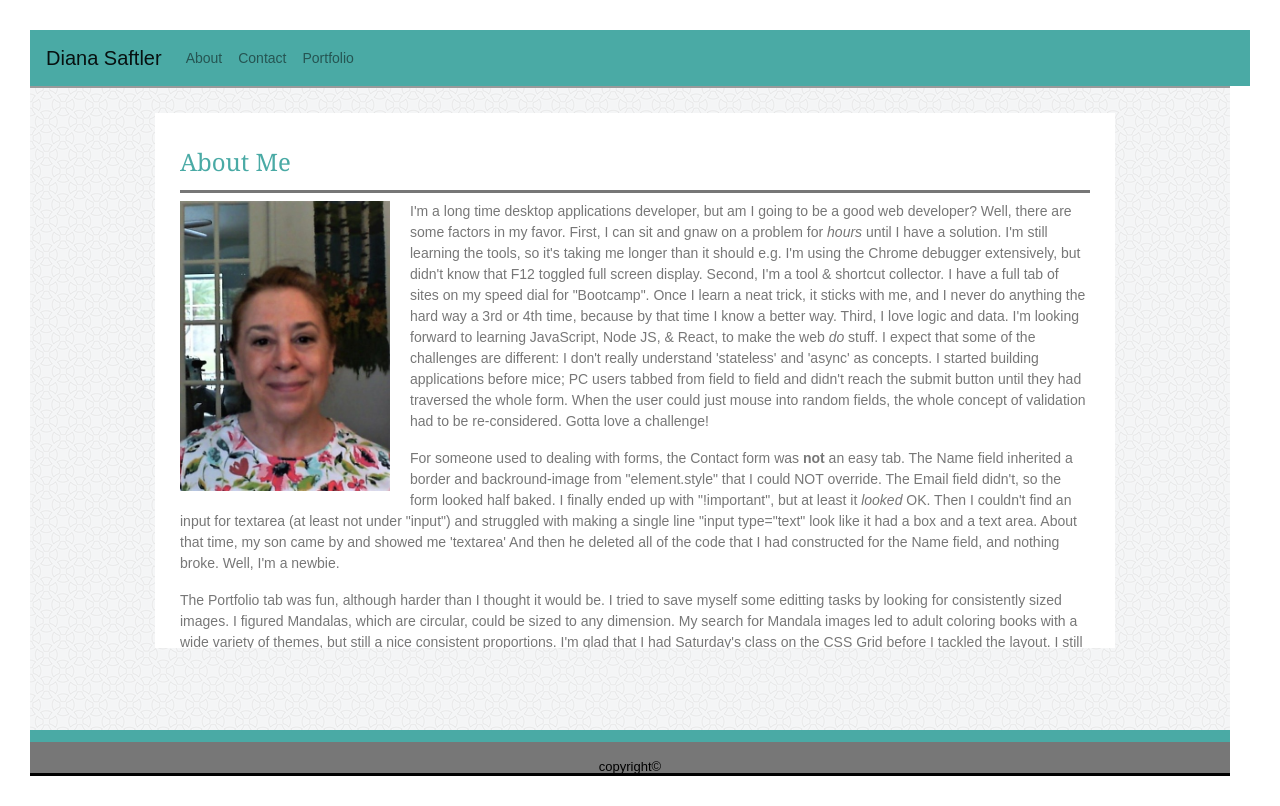
Repository: dsaftler/Bootstrap-Portfolio
Page: index.html
These files come from the project's save history. The page is drawn as it stood at one moment and after the next save; the edit follows.
The browser window is 1280 px wide. The pictures show the whole page.
An inner scrolling area shows only its first screen.

Above is the page before, as saved 2019-03-20 17:28:40.

### index.html
<!DOCTYPE html>
<html lang="en">
<head>
    <title>Diana Saftler Portfolio</title>
    <meta name="viewport" content="width=device-width, initial-scale=1, shrink-to-fit=no">
    <link rel="stylesheet" href="https://maxcdn.bootstrapcdn.com/bootstrap/4.0.0/css/bootstrap.min.css" integrity="sha384-Gn5384xqQ1aoWXA+058RXPxPg6fy4IWvTNh0E263XmFcJlSAwiGgFAW/dAiS6JXm" crossorigin="anonymous">
    <link rel="stylesheet" href="assets/css/style.css">
    <link rel="icon" href="assets/images/Peony.jpg" type="image/jpg" sizes="16x16">
    <meta charset="UTD-8">
</head>
<body>

  <nav class="navbar navbar-expand-lg navbar-light" style="background-color: #4aaaa5;">
    <a class="navbar-brand" href="#">Diana Saftler</a>
    <div class="collapse navbar-collapse" id="navbarNavAltMarkup">
      <div class="navbar-nav">
        <a class="nav-item nav-link"  href="index.html">About</a>
        <a class="nav-item nav-link" href="contact.html">Contact</a>
        <a class="nav-item nav-link" href="portfolio.html">Portfolio</a>
      </div>
    </div>
  </nav>



        <!-- <ul>
            <li><a href="index.html">About</a></li>
            <li><a href="contact.html">Contact</a></li>
            <li><a href="portfolio.html">Portfolio</a></li>
        </ul> -->

    <div class="bg-pattern">
        <div class="center-panel">
                <h2>About Me</h2>
            <img class="image_about" src="assets/images/photo.jpg" alt="in my office">
            <p>I'm a long time desktop applications developer, but am I going to be a good web developer?  Well, there are some factors in my favor.  First, I can sit and gnaw on a problem for <em>hours</em> until I have a solution.  I'm still learning the tools, so it's taking me longer than it should e.g. I'm using the Chrome debugger extensively, but didn't know that F12 toggled full screen display. Second, I'm a tool & shortcut collector.  I have a full tab of sites on my speed dial for "Bootcamp".  Once I learn a neat trick, it sticks with me, and I never do anything the hard way a 3rd or 4th time, because by that time I know a better way.  Third, I love logic and data.  I'm looking forward to learning JavaScript, Node JS, & React, to make the web <em>do</em> stuff.  I expect that some of the challenges are different: I don't really understand 'stateless' and 'async' as concepts.  I started building applications before mice;  PC users tabbed from field to field and didn't reach the submit button until they had traversed the whole form.  When the user could just mouse into random fields, the whole concept of validation had to be re-considered. Gotta love a challenge!
            </p>
            <p>For someone used to dealing with forms, the Contact form was <strong>not</strong> an easy tab. The Name field inherited a border and backround-image from "element.style" that I could NOT override. The Email field didn't, so the form looked half baked.  I finally ended up with "!important", but at least it <em>looked</em> OK.  Then I couldn't find an input for textarea (at least not under "input") and struggled with making a single line "input type="text" look like it had a box and a text area.  About that time, my son came by and showed me 'textarea'  And then he deleted all of the code that I had constructed for the Name field, and nothing broke. Well, I'm a newbie. </p>
            <p>The Portfolio tab was fun, although harder than I thought it would be.  I tried to save myself some editting tasks by looking for consistently sized images.  I figured Mandalas, which are circular, could be sized to any dimension.  My search for Mandala images led to adult coloring books with a wide variety of themes, but still a nice consistent proportions. I'm glad that I had Saturday's class on the CSS Grid before I tackled the layout.  I still had trouble getting the images to wrap left, but once I got that solved  with 2 images, it was easy to do them all without even needing rows.  I also added hover, 'tool tips', and links to the full sized images.  Print some out and spend some time with your crayolas!</p>


        </div>
    </div>
    <footer>copyright&copy</footer>
</body>
</html>

### Assets/CSS/style.css
* {
    box-sizing: border-box;
}

body {
    font-size: 14px;
    font-family: Arial, "Helvetica Neue", Helvetica, sans-serif;
    background-color: #ffffff;
    padding: 30px;
    color:  #777777;

}
header{
    left: 80px;
    background-color: #ffffff;
    height: 25px;
    width: 1200px;
}
footer {
    color: black;
    font-size: small;
    text-align: center;
    padding: 15px;
    clear: both;
    background-color: #777777;
    height: 40px;
    width: 1200px;
    border-style: solid;
    border-top-color: #4aaaa5;
    border-top-width: 6px;
    border-left-width: 0;
    border-right-width: 0;
}
p {
    padding: 0 0 10 0;
}

.bg-pattern {
    clear: both;
  /* margin-top: 40px; */
  padding: 50px;
  padding-top: 5px;
  /* background-color: #b1f3f3;  */
  height: 650px;
  width: 1200px;

  background-image: url("../images/circles-light.png");
  border-style: solid;
  border-top-color: #999a9b;
  border-top-width: 2px;
  border-left-width: 0;
  border-right-width: 0;
  border-bottom-color: #4aaaa5;
  border-bottom-width: 6px;

}

.center-panel {
    clear: both;
    display: inline-block;
    /* position: absolute; */
    top: 150px;
    right: 0;
    bottom: 0;
    left: 0;
    margin-left: 75px;
    margin-top: 20px;
    width: 960px;
    height: 535px;
    background-color: #ffffff;
    padding: 25px;
    overflow: auto;
    z-index: 1;

}

ul {
    list-style-type: none;
    margin: 0;
    padding: 0;
}

li a {
    display: block;
    width: 60 px;
}



ul {
    list-style-type: none;
    margin: 0;
    padding: 0;
    float: right;
    width: 175px;
}

li { display: inline-block; }

li a {
    color: #777777;
    text-decoration: none;
    padding: 5px;
}

li a:hover {
    background-color: #4aaaa5;
    color: white;

}
h1, h2 {font-family: Georgia, Times, "Times New Roman", serif;}
h1 {
    float: left;
    box-shadow: 10px 0px 0px 0px #4aaaa5, -10px 0px 0px 0px #4aaaa5;

    height: 65px;
    /* width: 200px; */

    top: 0;
    margin: 0;
    margin-left: 135px;

    background-color: #4aaaa5;
    color: white;
    font-size: 30px;
    text-align: center;
    padding: 10px 0;
    /* padding: 10px; */
}

h2 {
    font-size: 24px;
    margin-top: 10px;
    color: #4aaaa5;
    padding-bottom: 13px;
    border-bottom: 3px solid #777777;
}
h4 { margin: 3px}


.image_about {
    float: left;
    padding-right: 20px;
    padding-bottom: 20px;
    width: 230px;
    height: 310px;
}

input[type="text"] {
    width : 450px;
    margin: 0;
    padding: 2px;
    padding-left: 10px;
    -webkit-box-sizing: border-box; /* For legacy WebKit based browsers */
       -moz-box-sizing: border-box; /* For legacy (Firefox <29) Gecko based browsers */
            box-sizing: border-box;
}

.textbox {
    border:1px solid  #777777;
    padding: 10px;
    width: 650;
    height: 175px;
    font-size: 13.33px;
    font-family: Arial, Helvetica, sans-serif;
}
.submit {
    display: block;
    width: 60px;
    height: 29px;
    background-color: #4aaaa5;
    color: #ffffff;
    font-weight: bold;
}
.portfolio {
    max-width:100%;
    max-height: 100%
   }
.content {
    padding: 6px;
    float: left;
}

.row {
    margin: 0;
    height: 225px;
}
.row,
.row > .column {
    padding: 5 px;
}
.col {
   float:left;
    height: 225px;
     width: 25%;
     margin: 0;
}
.row:after {
    content: "";
    display: table;
    clear: both;
}
.gallery {
    border: 2px solid #4aaaa5;
    padding: 10px;
    height: 200px;
    width: 200px;
}
.gallery:hover {
    border-color: #06faee;
}
.box {
    height:150px;
    border: solid;
    border-width: 1px;

}
/* portfolio page */

.work {
    position: relative;
    float: left;
    width: 274px;
    margin: 20px 0 25px;
    overflow: auto;
  }

  .work:nth-child(even) {
    margin-right: 40px;
  }

  .work img {
    width: 100%;
    border: 0 none;
    opacity: 0.8;
  }

  .work h3 {
    position: absolute;
    bottom: 20px;
    width: 100%;
    padding: 15px;
    margin-bottom: 0;
    font-weight: 300;
    line-height: 30px;
    color: #ffffff;
    text-align: center;
    background: #4aaaa5;
    border-bottom: 0;
  }

  .auth-image {
    float: left;
    width: 200px;
    height: auto;
    margin-top: 10px;
    margin-right: 25px;
  }
  #masthead {
    position: fixed;
    z-index: 99;
    width: 100%;
    margin: 0 0 30px;
    overflow: auto;
    color: #ffffff;
    background: #ffffff;
    border-bottom: 2px solid #cccccc;
  }

  #logo {
    float: left;
    width: 250px;
    height: 90px;
    font-family: Georgia, Times, "Times New Roman", serif;
    font-size: 30px;
    font-weight: 700;
    line-height: 90px;
    color: #ffffff;
    text-align: center;
    text-decoration: none;
    background: #4aaaa5;
  }
  #main-container {
    padding-top: 130px;
    min-height: calc(100vh - 70px);
  }

  .main-section {
    float: left;
    width: 100%;
    max-width: 960px;
    padding: 30px;
    margin: 0 0 40px;
    background: #ffffff;
    border: 1px solid #dddddd;
  }

After the next save:
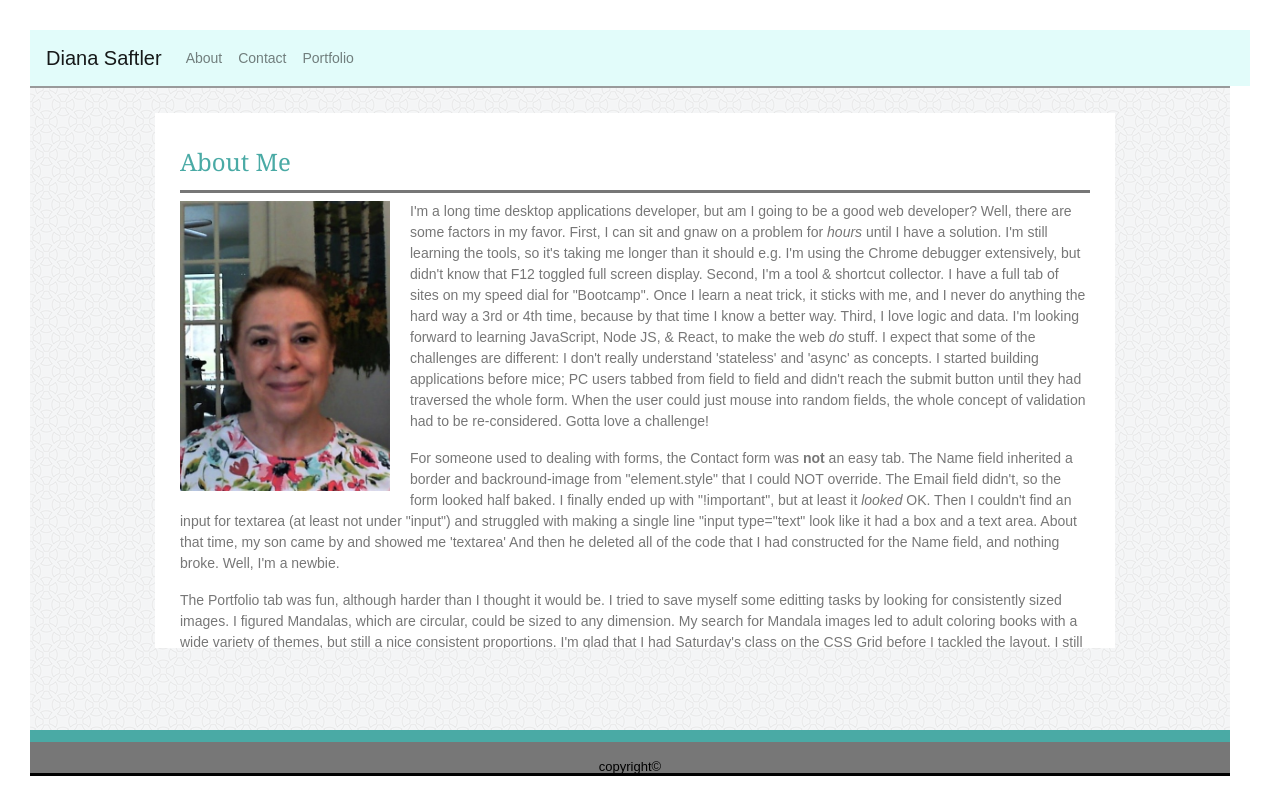
Saved 73 s later.
--- a/index.html
+++ b/index.html
@@ -10,7 +10,7 @@
 </head>
 <body>
 
-  <nav class="navbar navbar-expand-lg navbar-light" style="background-color: #4aaaa5;">
+  <nav class="navbar navbar-expand-lg navbar-light" style="background-color: #b5f7f363;">
     <a class="navbar-brand" href="#">Diana Saftler</a>
     <div class="collapse navbar-collapse" id="navbarNavAltMarkup">
       <div class="navbar-nav">

After the save that followed:
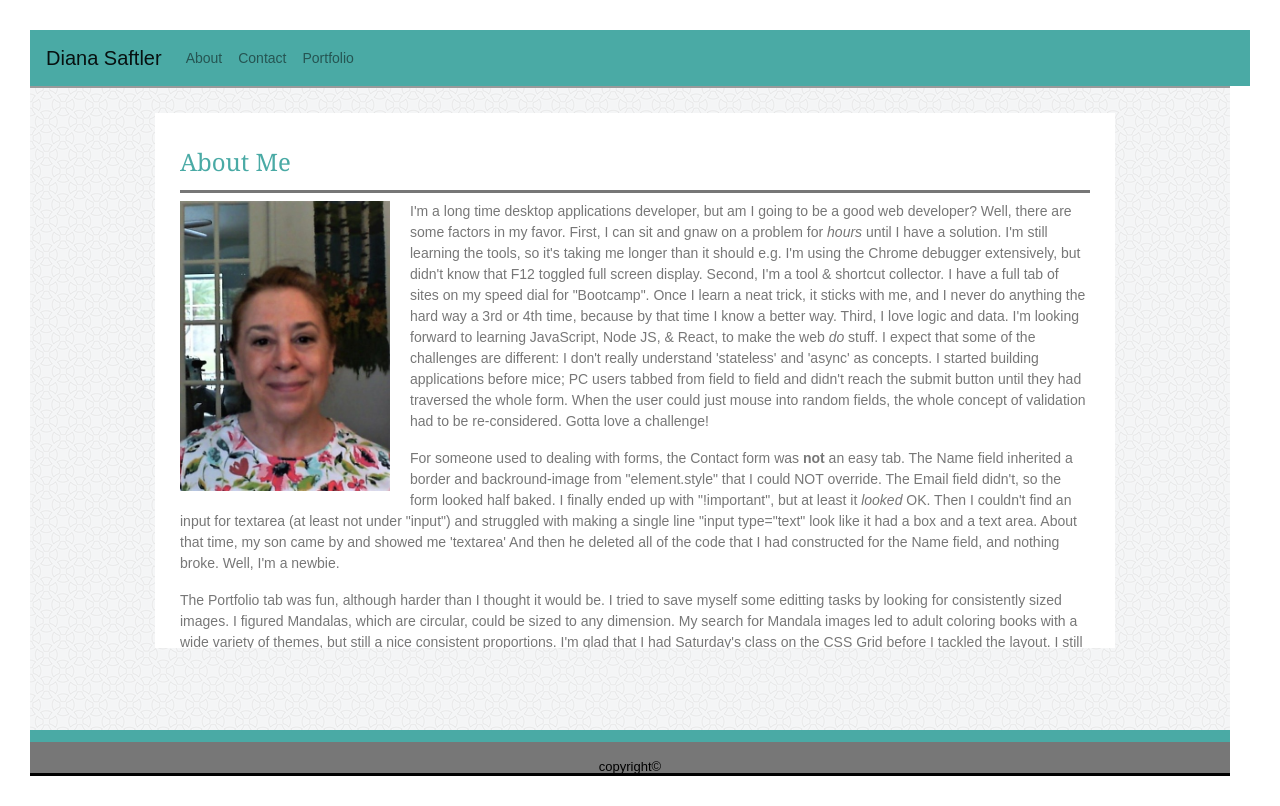
Saved 2 min 8 s later.
--- a/index.html
+++ b/index.html
@@ -10,7 +10,7 @@
 </head>
 <body>
 
-  <nav class="navbar navbar-expand-lg navbar-light" style="background-color: #b5f7f363;">
+  <nav class="navbar navbar-expand-lg navbar-light" style="background-color: #4aaaa5;  color: #ffffff">
     <a class="navbar-brand" href="#">Diana Saftler</a>
     <div class="collapse navbar-collapse" id="navbarNavAltMarkup">
       <div class="navbar-nav">
